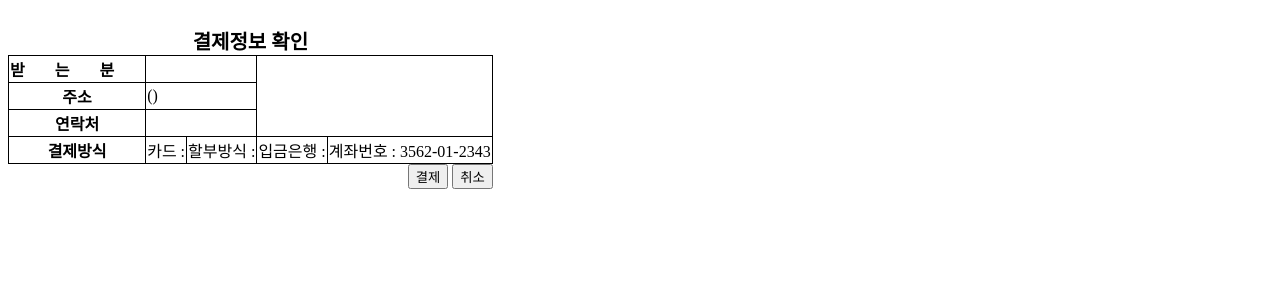
Repository: fellownew/project_workspace
Page: http://localhost/shoppingmall/WEB-INF/view/body/buyer/note.jsp
These files come from the project's save history. The page is drawn as it stood at one moment and after the next save; the edit follows.
The browser window is 1280 px wide. The pictures show the whole page.
The page is served by Tomcat 9. Nobody is signed in. The template is opened directly, without the code that normally fills it, so the values that code supplies are empty.

Above is the page before, as saved 2015-06-13 01:27:21.

After the next save:
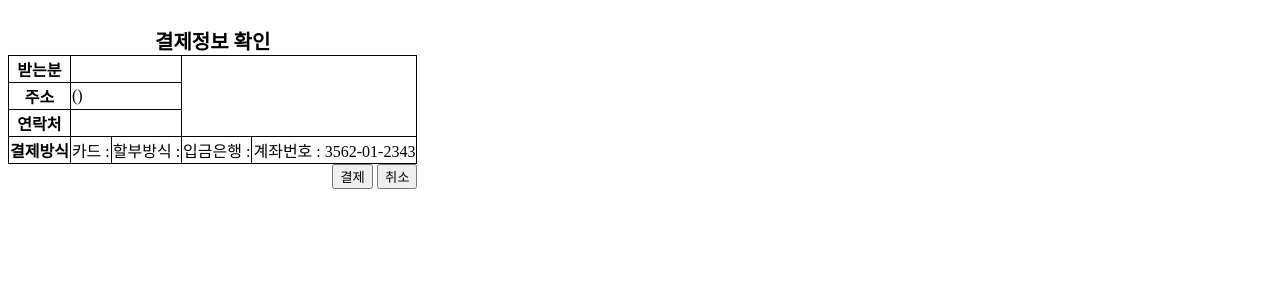
Saved 44 s later.
--- a/shoppingmall/WebContent/WEB-INF/view/body/buyer/note.jsp
+++ b/shoppingmall/WebContent/WEB-INF/view/body/buyer/note.jsp
@@ -45,7 +45,7 @@ table, td, th {
 		<caption style="text-align:center; font-weight:bold; font-size:20px" >결제정보 확인</caption>
 		<thead>
 			<tr><br>
-				<th style='letter-spacing:30px'>받는분</th>
+				<th>받는분</th>
 				<td style="text-align: left" colspan="2">${sessionScope.loginInfo.name}</td>
 			</tr>
 			<tr>
